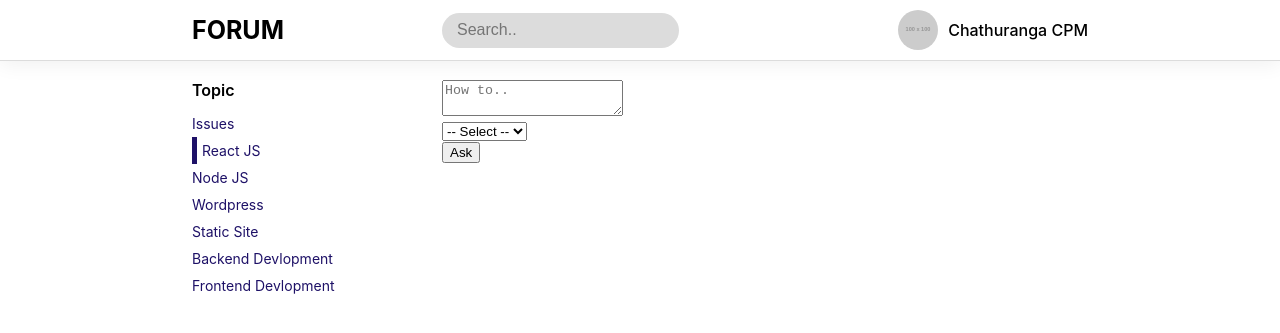
Repository: ChathurangaCPM/developer-forum
Page: / (app in client/)
These files come from the project's save history. The page is drawn as it stood at one moment and after the next save; the edit follows.
The browser window is 1280 px wide. The pictures show the whole page.
The project was rebuilt for these pictures with package versions that can differ from the ones it lists, and the page was loaded fresh each time.

Above is the page before, as saved 2022-05-09 21:17:04.

### client/public/index.html
<!DOCTYPE html>
<html lang="en">
  <head>
    <meta charset="utf-8" />
    <link rel="icon" href="%PUBLIC_URL%/favicon.ico" />
    <meta name="viewport" content="width=device-width, initial-scale=1" />
    <meta name="theme-color" content="#000000" />
    <meta
      name="description"
      content="Web site created using create-react-app"
    />
    <link rel="apple-touch-icon" href="%PUBLIC_URL%/logo192.png" />
    <link rel="manifest" href="%PUBLIC_URL%/manifest.json" />

    <title>React App</title>
  </head>
  <body>
    <noscript>You need to enable JavaScript to run this app.</noscript>
    <div id="root"></div>

  </body>
</html>

### client/src/App.js
import MainHeader from "./components/MainHeader/MainHeader";
import SideBar from "./components/SideBar/SideBar";
import './App.min.css';
import AddQuestion from "./components/AddQuestion/AddQuestion";

function App() {
	return (
		<div className="main_wrapper">
			<MainHeader/>
			<div className="wrap_inner_data">
				<div className="side_bar">
					<SideBar/>
				</div>
				<div className="main_content_area">
					<AddQuestion/>
				</div>
			</div>
		</div>
	);
}

export default App;

### client/src/components/MainHeader/MainHeader.js
import React from 'react';
import { Link } from 'react-router-dom';
import '../../scss/componets/MainHeader/MainHeader.min.css';

function MainHeader() {
	return (
		<div className="main_header">
			<div className="wrap_middle">

				<div className="main_logo">
					<span>FORUM</span>
				</div>


				<div className="search_form">
					<form method="">
						<input type="search" placeholder="Search.."/>
					</form>
				</div>

				<div className="user_pro">
					<img src="//dummyimage.com/100x100/000/fff"/>
					<span>Chathuranga CPM</span>
				</div>
			</div>
		</div>
	);
}

export default MainHeader;

### client/src/components/SideBar/SideBar.js
import '../../scss/componets/SideBar/SideBar.min.css';

function SideBar() {
	return (
		<div className="main_sidebar_wrapper">
			<div className="menu_area">
				<span className="title">Topic</span>
                <ul>
                    <li>Issues</li>
                    <li className="active">React JS</li>
                    <li>Node JS</li>
                    <li>Wordpress</li>
                    <li>Static Site</li>
                    <li>Backend Devlopment</li>
                    <li>Frontend Devlopment</li>
                </ul>
            </div>
		</div>
	);
}

export default SideBar;

### client/src/App.min.css
:root{--primary-color: rgb(30, 17, 103);--secondary-color: #ddd;--border-color: #dcdcdc}.main_wrapper{padding-top:80px}.main_wrapper .wrap_inner_data{display:-webkit-box;display:-ms-flexbox;display:flex;-ms-flex-wrap:wrap;flex-wrap:wrap;max-width:70%;margin:0 auto}.main_wrapper .wrap_inner_data .side_bar{width:250px}.main_wrapper .wrap_inner_data .main_content_area{width:calc(100% - 250px)}img{width:100%}

### client/src/components/AddQuestion/AddQuestion.js

function AddQuestion() {
	return (
		<div className="addquestion_wrapper">
			<form >
                <textarea placeholder="How to.."></textarea>
                <div className="selrct_cat">
                    <select>
                        <option>-- Select --</option>
                        <option value="reactjs">React Js</option>
                        <option value="reactjs">Node Js</option>
                    </select>
                </div>
                <button type="submit">Ask</button>
            </form>
		</div>
	);
}

export default AddQuestion;

### client/src/scss/componets/MainHeader/MainHeader.min.css
.main_header{padding:10px 0;border-bottom:1px solid var(--border-color);-webkit-box-shadow:0px 4px 20px 0px rgba(0,0,0,0.06);box-shadow:0px 4px 20px 0px rgba(0,0,0,0.06);position:fixed;top:0;width:100%;z-index:10px;background:#fff}.main_header .wrap_middle{max-width:70%;margin:0 auto;display:-webkit-box;display:-ms-flexbox;display:flex;-webkit-box-align:center;-ms-flex-align:center;align-items:center}.main_header .wrap_middle .main_logo{width:250px}.main_header .wrap_middle .main_logo span{font-size:25px;font-weight:bold;text-transform:uppercase}.main_header .wrap_middle .search_form{width:calc(100% - 500px)}.main_header .wrap_middle .search_form input{border:none;font-size:16px;line-height:16px;height:35px;border-radius:20px;outline:none;background:var(--border-color);padding:0 15px}.main_header .wrap_middle .user_pro{width:250px;display:-webkit-box;display:-ms-flexbox;display:flex;-webkit-box-align:center;-ms-flex-align:center;align-items:center;-webkit-box-pack:end;-ms-flex-pack:end;justify-content:flex-end}.main_header .wrap_middle .user_pro img{width:40px;height:40px;border-radius:100%;overflow:hidden}.main_header .wrap_middle .user_pro span{padding-left:10px;font-weight:500}

### client/src/scss/componets/SideBar/SideBar.min.css
.main_sidebar_wrapper .menu_area span.title{font-weight:600;display:block;margin-bottom:10px}.main_sidebar_wrapper .menu_area ul{padding:0;list-style:none;margin:0}.main_sidebar_wrapper .menu_area ul li{color:var(--primary-color);padding:5px 0;font-size:14px;-webkit-transition:all 0.3s ease-in-out;transition:all 0.3s ease-in-out;border-left-width:0}.main_sidebar_wrapper .menu_area ul li:hover,.main_sidebar_wrapper .menu_area ul li.active{border-left:5px solid var(--primary-color);padding-left:5px;-webkit-transition:all 0.3s ease-in-out;transition:all 0.3s ease-in-out;cursor:pointer}

### client/src/scss/componets/AddQuestion/AddQuestion.min.css
.addquestion_wrapper{margin-bottom:20px;padding-bottom:20px;border-bottom:1px solid var(--border-color)}.addquestion_wrapper form{width:100%}.addquestion_wrapper form .error_msg{font-size:12px;color:#ff0000}.addquestion_wrapper form .wrap_input{margin-bottom:20px}.addquestion_wrapper form input{height:40px;font-size:16px;font-weight:bold;padding:0 20px;border:none;background:var(--border-color);border-radius:15px;width:calc(100% - 40px)}.addquestion_wrapper form textarea{width:calc(100% - 40px);border:none;background:var(--border-color);padding:20px;outline:none;border-radius:15px;max-width:calc(100% - 40px);min-width:calc(100% - 40px)}.addquestion_wrapper form .selrct_cat{display:-webkit-box;display:-ms-flexbox;display:flex;-webkit-box-align:center;-ms-flex-align:center;align-items:center;-webkit-box-pack:justify;-ms-flex-pack:justify;justify-content:space-between;padding-top:10px}.addquestion_wrapper form .selrct_cat select{border:1px solid var(--border-color);padding:10px 20px;border-radius:15px}.addquestion_wrapper form .selrct_cat button{width:150px;background:var(--primary-color);border:none;padding:15px;color:#fff;border-radius:10px}

Loaded but not shown: client/src/index.js (common file); client/src/index.css (common file); client/src/reportWebVitals.js (common file)

After the next save:
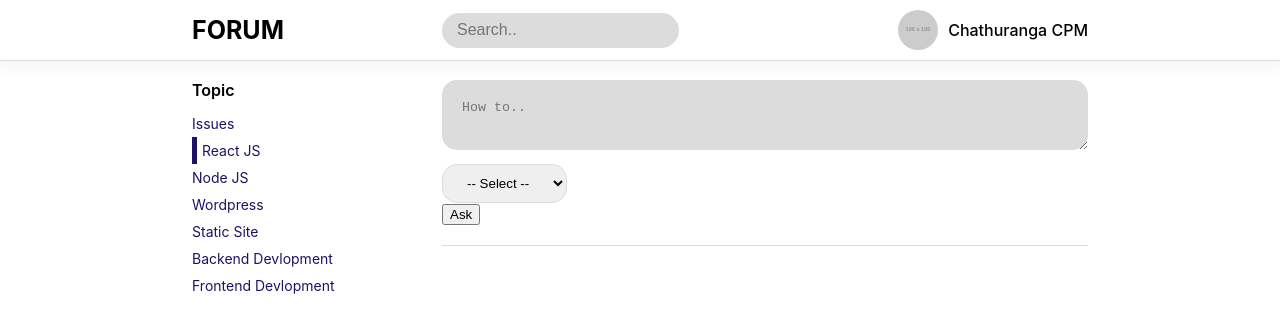
Saved 19 s later.
--- a/client/src/components/AddQuestion/AddQuestion.js
+++ b/client/src/components/AddQuestion/AddQuestion.js
@@ -1,3 +1,4 @@
+import '../../components/AddQuestion/AddQuestion.min.css';
 
 function AddQuestion() {
 	return (
